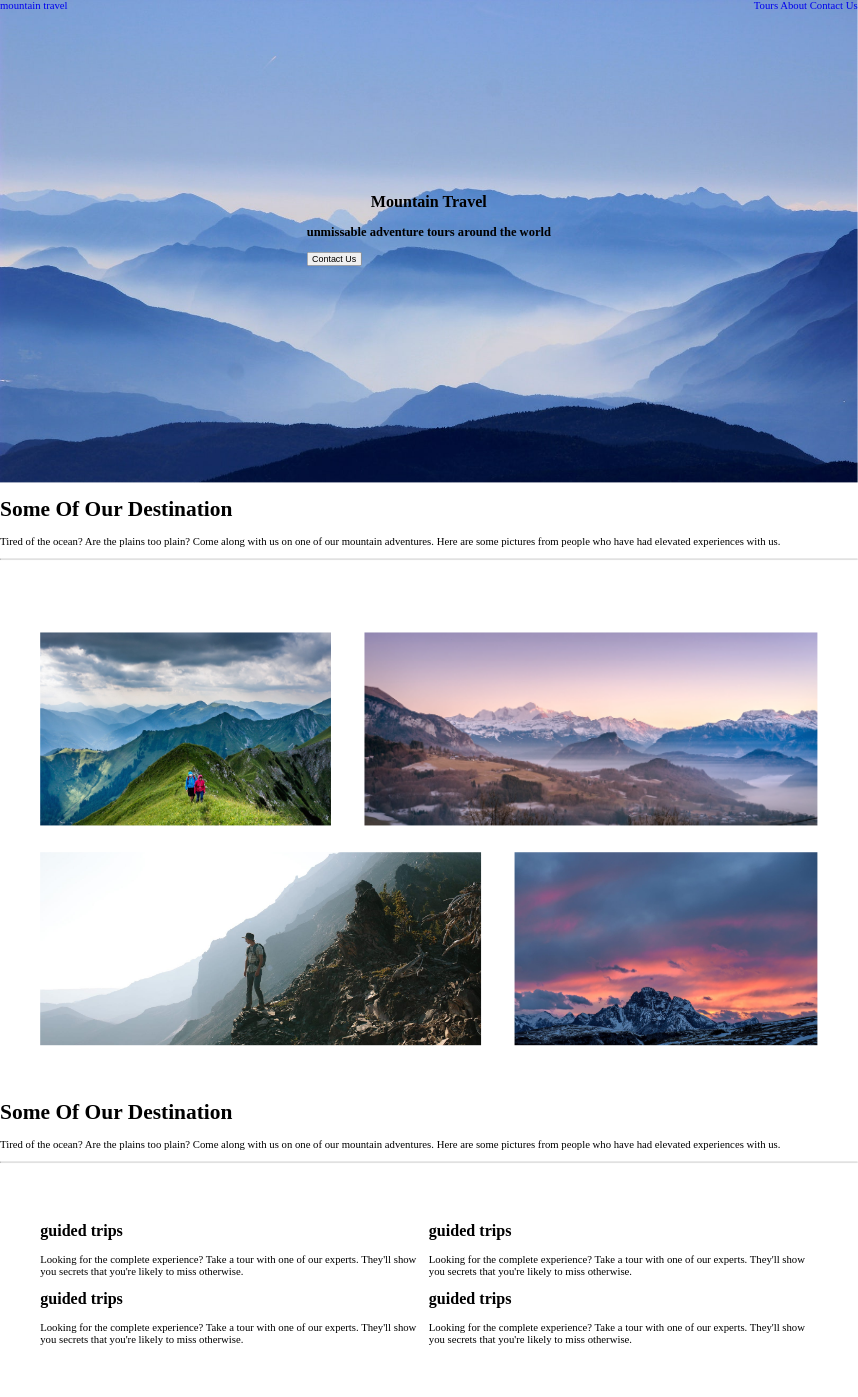
Repository: Einsteiniumeinsteinian/Advanced-CSS
Page: css-project-starter-code/index.html
These files come from the project's save history. The page is drawn as it stood at one moment and after a run of saves; the edit follows.
The browser window is 1280 px wide. The pictures show the whole page, at 67% of full size.

Above is the page before, as saved 2021-08-15 19:13:34.

### css-project-starter-code/index.html
<!DOCTYPE html>
<html>

<head>
  <meta charset="utf-8">
  <meta name="viewport" content="width=device-width, initial-scale=1">
  <title>Mountain Travel</title>
  <link href="https://fonts.googleapis.com/css?family=Open+Sans" rel="stylesheet">
  <link href="https://fonts.googleapis.com/css?family=Quicksand" rel="stylesheet">
  <link rel="stylesheet" href="assets/css/styles.css">
</head>

<body>
  <!-- Forked from a template on Tutorialzine: https://tutorialzine.com/2016/06/freebie-landing-page-template-with-flexbox -->
  <header>
    <nav>
      <a href="#"> mountain travel</a>
      <span class="nav-span">
        <a href="#"> Tours</a>
        <a href="#"> About</a>
        <a href="#"> Contact Us</a>
      </span>
    </nav>
    <div class="top-container">
      <div class="header-text-wrapping">
        <h2>Mountain Travel</h2>
        <h3>unmissable adventure tours around the world</h3>
        <button>Contact Us</button>
      </div>

    </div>
  </header>
  <div>
    <h1>
      Some Of Our Destination
    </h1>
    <p>
      Tired of the ocean? Are the plains too plain? Come along with us on one of our mountain adventures. Here are some
      pictures from people who have had elevated experiences with us.
    </p>
    <hr>
  </div>

  <section class="photo-section">
    <div class="photo-set-div">
      <img class="img" src="assets/img/mountain1.jpg" alt="">
      <img class="img img-2" src="assets/img/mountain2.jpg" alt="">
    </div>
    <div class="photo-set-div">
      <img class="img img-3" src="assets/img/mountain3.jpg" alt="">
      <img class="img" src="assets/img/mountain4.jpg" alt="">
    </div>
  </section>

  <div>
    <h1>
      Some Of Our Destination
    </h1>
    <p>
      Tired of the ocean? Are the plains too plain? Come along with us on one of our mountain adventures. Here are some
      pictures from people who have had elevated experiences with us.
    </p>
    <hr>
  </div>
  <section class="package-section">
    <div class="package-set">
      <div class="package">
        <h1>
          guided trips
        </h1>
        <p>Looking for the complete experience? Take a tour with one of our experts. They'll show you secrets that you're likely to
        miss otherwise.</p>
      </div>
        <div class="package">
          <h1>
            guided trips
          </h1>
          <p>Looking for the complete experience? Take a tour with one of our experts. They'll show you secrets that you're
            likely to
            miss otherwise.</p>
        </div>
    </div>
      <div class="package-set">
        <div class="package">
          <h1>
            guided trips
          </h1>
          <p>Looking for the complete experience? Take a tour with one of our experts. They'll show you secrets that you're
            likely to
            miss otherwise.</p>
        </div>
          <div class="package">
            <h1>
              guided trips
            </h1>
            <p>Looking for the complete experience? Take a tour with one of our experts. They'll show you secrets that you're
              likely to
              miss otherwise.</p>
          </div>
      </div>
  </section>
</body>

</html>

### css-project-starter-code/assets/css/styles.css
body{
    margin: 0;
    /* font-family: ; */
}
header{
  /* display: flex; */
  background-image: url('../img/main.jpg');
  background-repeat: no-repeat;
background-size: cover;
    min-height: 100vh;
}
nav{
    display: flex;
    justify-content: space-between;
    min-height: 30vh;
}
.top-container{
    margin-top: 10vh;
    display: flex;
    flex-direction: column;
    justify-content: center;
    align-items: center;
}
h2{
    margin-top: 0;
   text-align: center;
}
a{
    text-decoration: none;
}

/** Photo Section */
.photo-section{
    padding: 60px;
    display: flex;
    flex-direction: column;
}
.photo-set-div{
    margin-top: 40px;
    flex-grow: 1;
    display: flex;
    height: 40vh;
    flex-basis: 100px;
}

.img{
    min-width: 0;
flex-basis: 400px;
flex-grow: 1;
  object-fit: cover;
}
.img-2{
    margin-left: 50px;
    flex-grow: 8;
}
.img-3{
    margin-right: 50px;
    flex-grow: 5;
}

/** Packages */
.package-section{
    padding: 60px;
   display: flex;
}

After the next 5 saves:
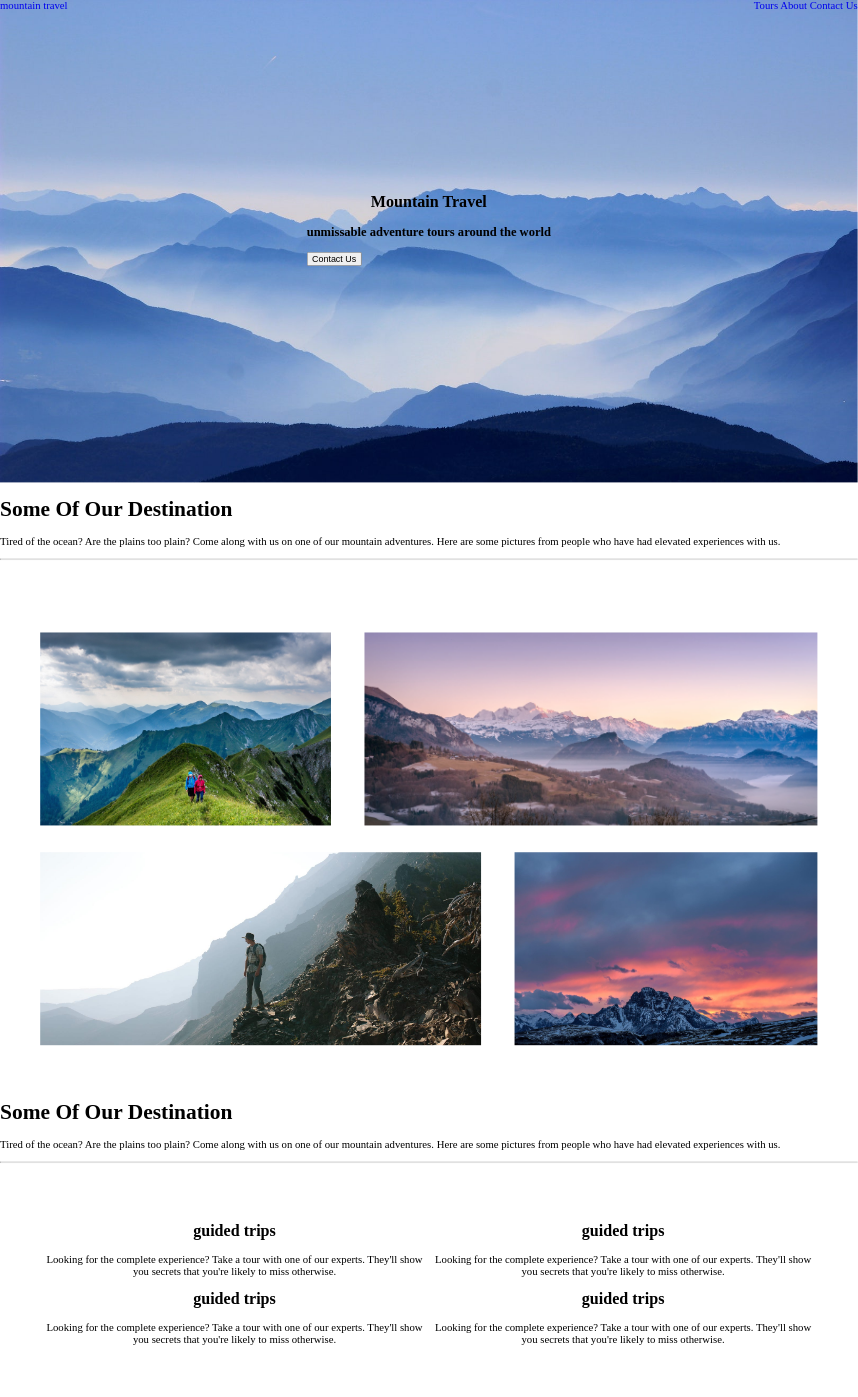
The 5 saves are shown as one change because they came seconds apart.
The last was saved 7 min 53 s later.
--- a/css-project-starter-code/assets/css/styles.css
+++ b/css-project-starter-code/assets/css/styles.css
@@ -63,3 +63,6 @@ flex-grow: 1;
     padding: 60px;
    display: flex;
 }
+.package{
+    text-align: center;
+}
